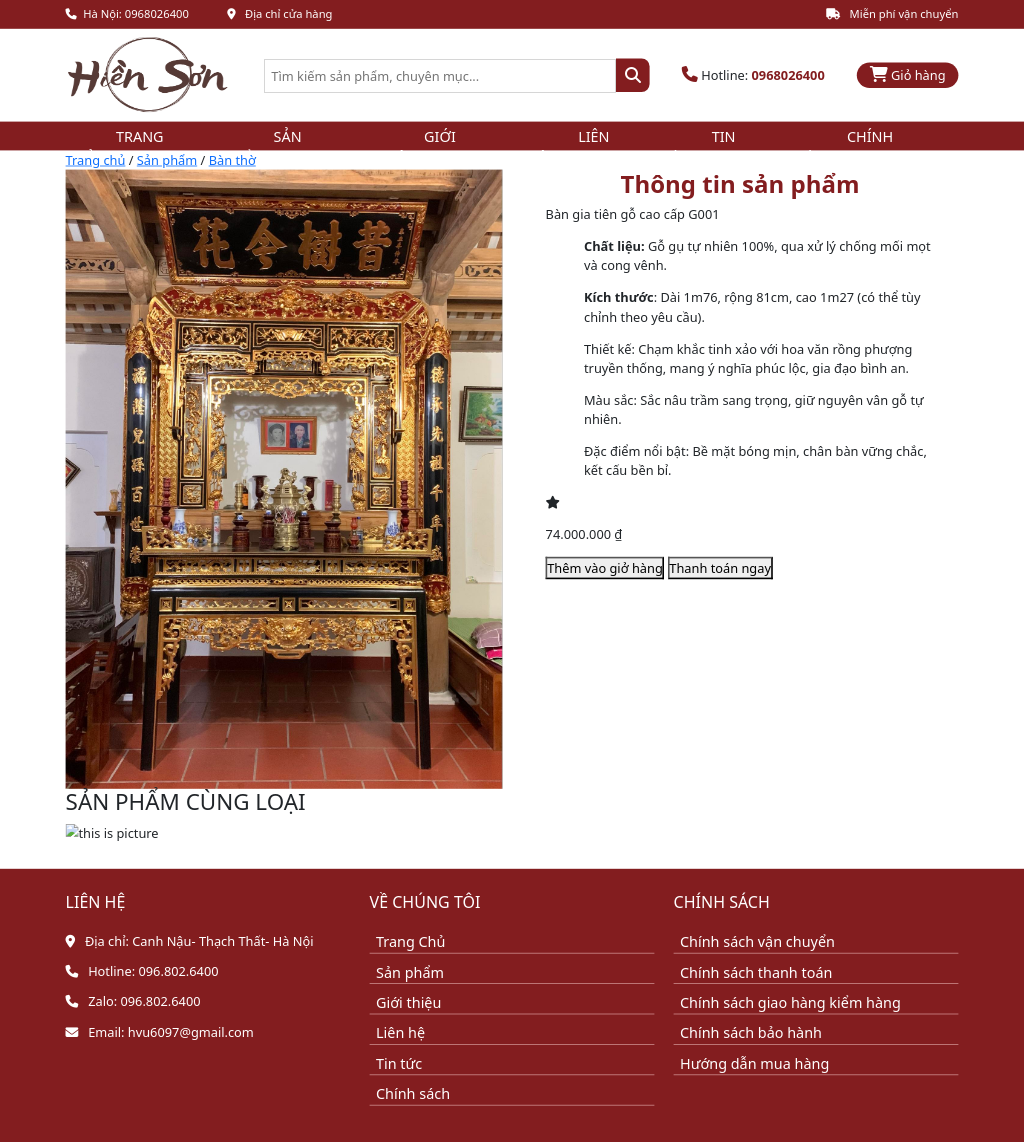
Repository: hoang28092000/do_go_hien_son
Page: product_details/ban_tho-g001.html
The author's editor kept a copy of each file at every save. The page is drawn from the files as they stood at one save, then again after a run of saves.
The browser window is 1280 px wide. The pictures show the whole page, at 80% of full size.
Some web libraries are served in a nearby version.

Above is the page before, as saved 2024-08-10 20:08:23.

After the next 4 saves:
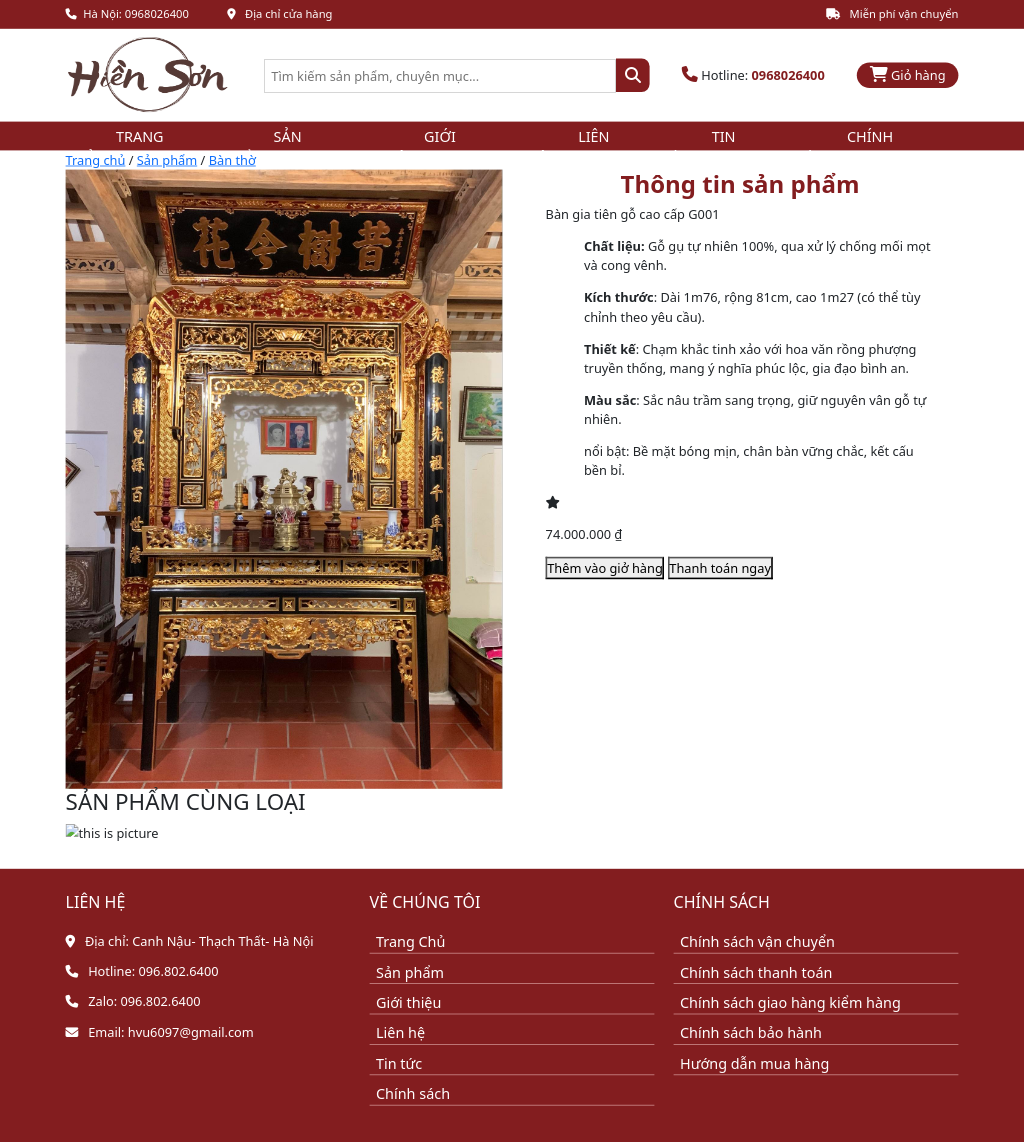
The 4 saves are shown as one change because they came seconds apart.
The last was saved 13 s later.
--- a/product_details/ban_tho-g001.html
+++ b/product_details/ban_tho-g001.html
@@ -98,13 +98,13 @@
                                     <b>Kích thước</b>: Dài 1m76, rộng 81cm, cao 1m27 (có thể tùy chỉnh theo yêu cầu).
                                 </p>
                                 <p class="txt-pd ps-5">
-                                    Thiết kế: Chạm khắc tinh xảo với hoa văn rồng phượng truyền thống, mang ý nghĩa phúc lộc, gia đạo bình an.
+                                    <b>Thiết kế</b>: Chạm khắc tinh xảo với hoa văn rồng phượng truyền thống, mang ý nghĩa phúc lộc, gia đạo bình an.
                                 </p>
                                 <p class="txt-pd ps-5">
-                                    Màu sắc: Sắc nâu trầm sang trọng, giữ nguyên vân gỗ tự nhiên.
+                                    <b>Màu sắc</b>: Sắc nâu trầm sang trọng, giữ nguyên vân gỗ tự nhiên.
                                 </p>
                                 <p class="txt-pd ps-5">
-                                    Đặc điểm nổi bật: Bề mặt bóng mịn, chân bàn vững chắc, kết cấu bền bỉ.
+                                     nổi bật: Bề mặt bóng mịn, chân bàn vững chắc, kết cấu bền bỉ.
                                 </p>
                             </d>
                             <p class="evaluate">
